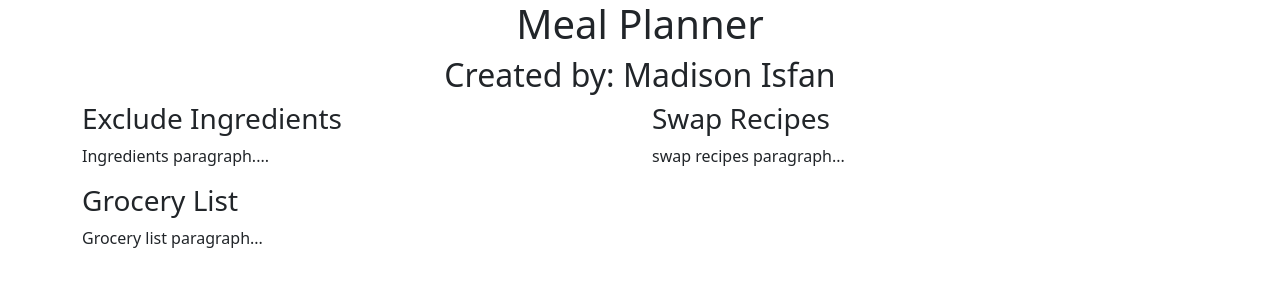
Repository: madisonisfan/Meal-Planner
Page: index.html
The author's editor kept a copy of each file at every save. The page is drawn from the files as they stood at one save, then again after the next save.
The browser window is 1280 px wide. The pictures show the whole page.
Some web libraries are served in a nearby version.

Above is the page before, as saved 2021-02-17 16:19:53.

### index.html
<!DOCTYPE html>
<head>

    <meta charset="utf-8"/>
    <meta name="viewport" content="width=device-width, initial-scale=1"/>

    <link rel="stylesheet" href="node_modules/bootstrap/dist/css/bootstrap.min.css" />
    <title> Meal Planner </title>
</head>

<body>

    <header class="jumbotron">
        <div class="container">
            <div class="row">
                <div class="col text-center">
                    <h1>Meal Planner</h1>
                    <h2>Created by: Madison Isfan</h2>
                </div>
            </div>
        </div>

    </header>

    <div class="container">
        <div class="row">
            <div class="col-6">
                <h3>Exclude Ingredients</h3>
                <p>Ingredients paragraph....</p>
            </div>
            <div class="col-6">
                <h3>Swap Recipes</h3>
                <p>swap recipes paragraph...</p>
            </div>
        </div>

        <div class="row">
            <div class="col">
                <h3>Grocery List</h3>
                <p>Grocery list paragraph...</p>
            </div>
        </div>


    </div> <!--End of container-->


    <script src="node_modules/jquery/dist/jquery.slim.min.js"></script>
    <script src="node_modules/popper.js/dist/umd/popper.min.js"></script>
    <script src="node_modules/bootstrap/dist/js/bootstrap.min.js"></script>
</body>


</html>

After the next save:
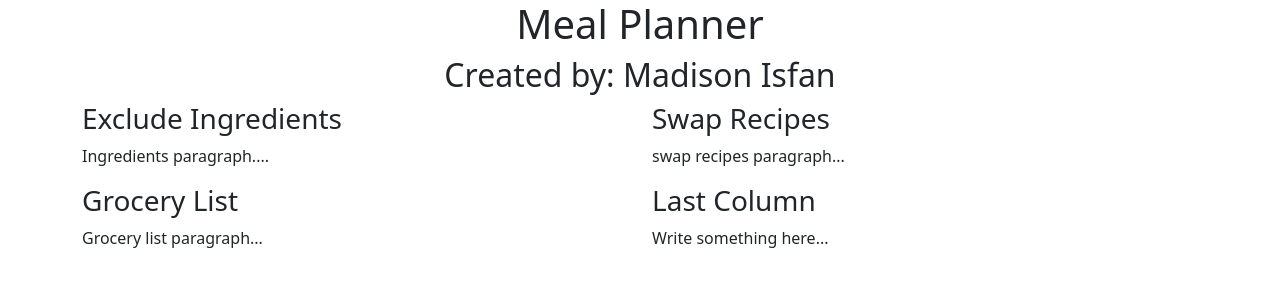
Saved 56 s later.
--- a/index.html
+++ b/index.html
@@ -39,6 +39,10 @@
                 <h3>Grocery List</h3>
                 <p>Grocery list paragraph...</p>
             </div>
+            <div class="col">
+                <h3>Last Column</h3>
+                <p>Write something here...</p>
+            </div>
         </div>
 
 
